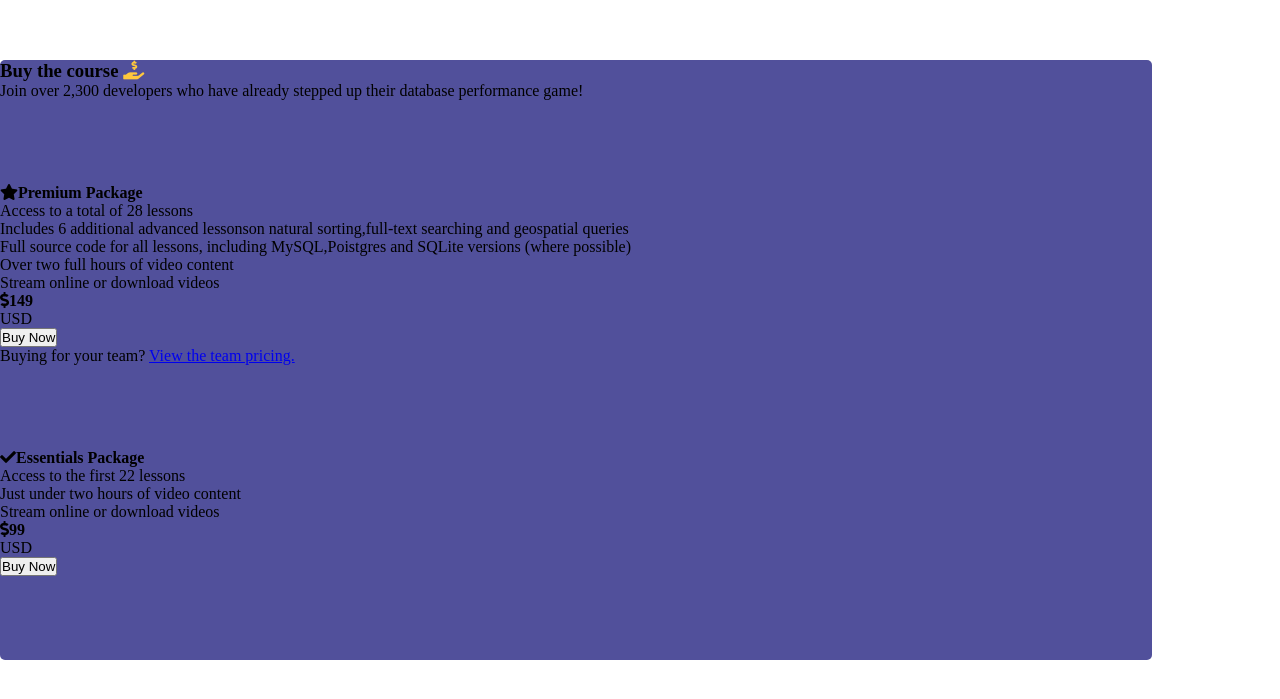
Repository: Z-ayat/Challenges
Page: Challenge 4/index.html
An editor plug-in stored every save of this project. The page is shown before and after the next save, followed by the edit.
The browser window is 1280 px wide. The pictures show the whole page.

Above is the page before, as saved 2021-09-07 00:46:56.

After the next save:
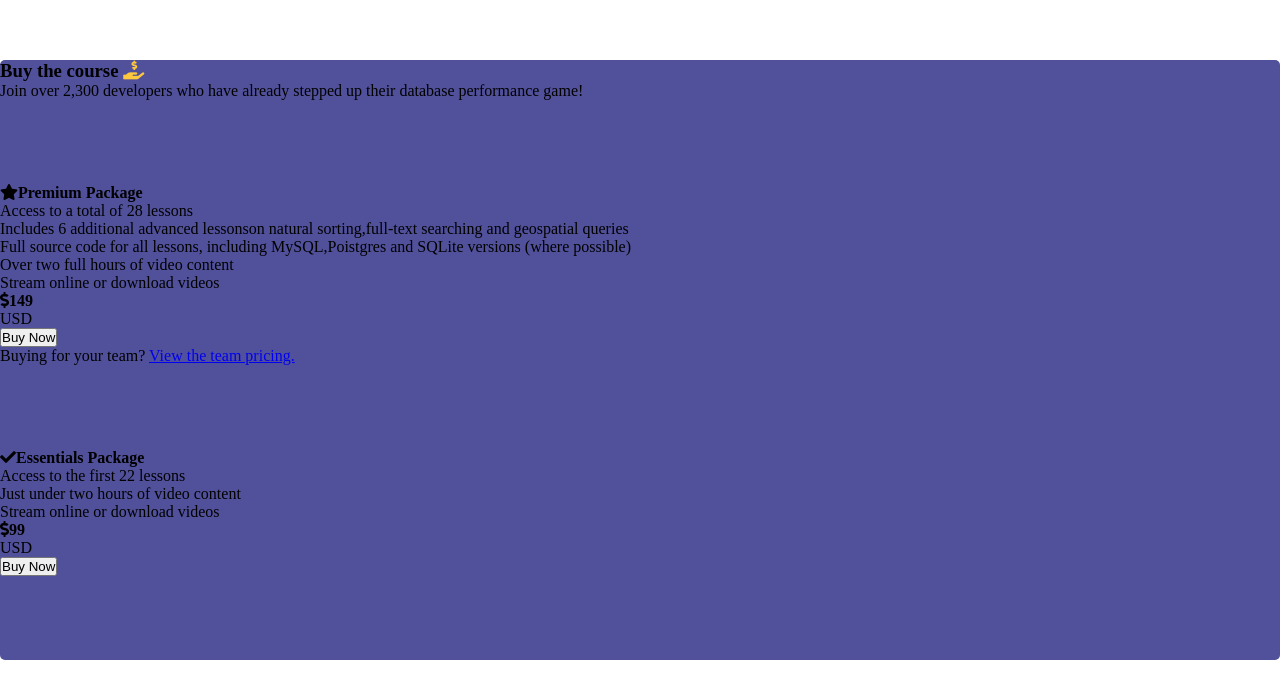
Saved 41 s later.
--- a/Challenge 4/styling/css/master.css
+++ b/Challenge 4/styling/css/master.css
@@ -5,9 +5,7 @@
 }
 
 body {
-    position: relative;
-    height: 100vh;
-    width: 90vw;
+    display: flex;
 }
 
 .container {
